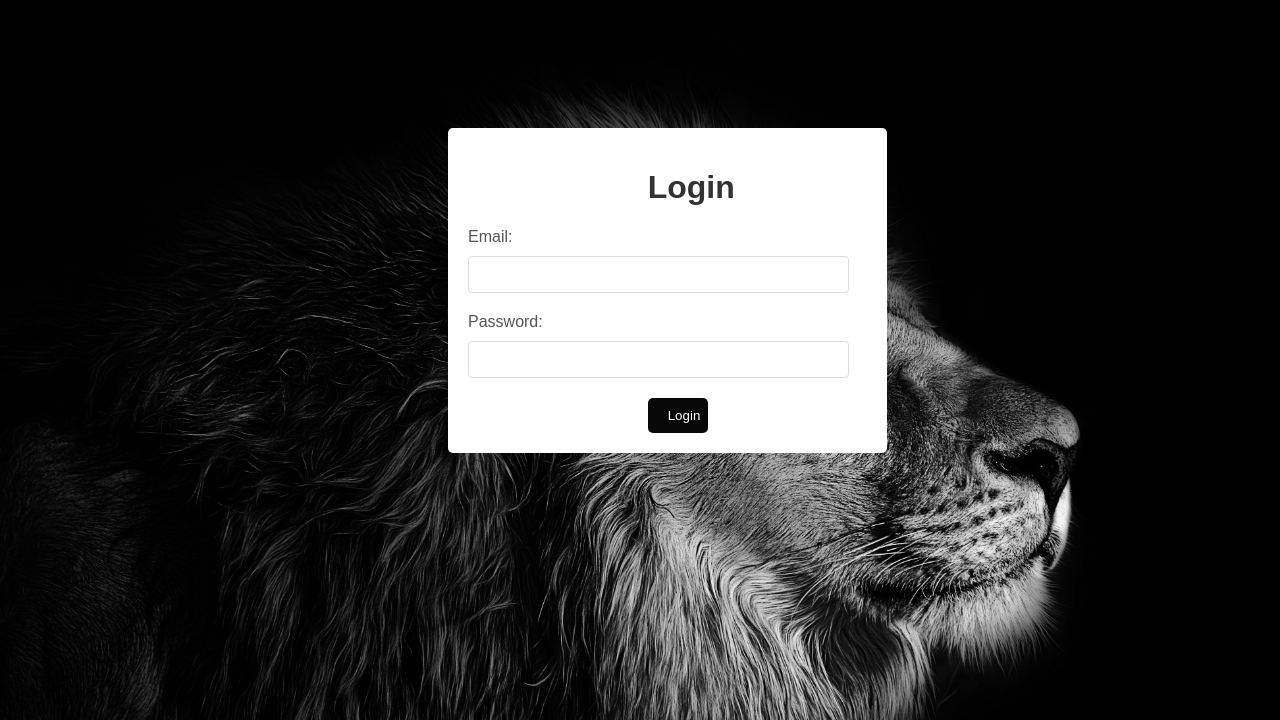
Repository: TemoshoS/User-Profile
Page: http://localhost/login
The author's editor kept a copy of each file at every save. The page is drawn from the files as they stood at one save, then again after the next save.
The browser window is 1280 px wide. The pictures show the whole page.
The page is served by the project's Node server (app.js).

Above is the page before, as saved 2023-08-01 15:51:57.

After the next save:
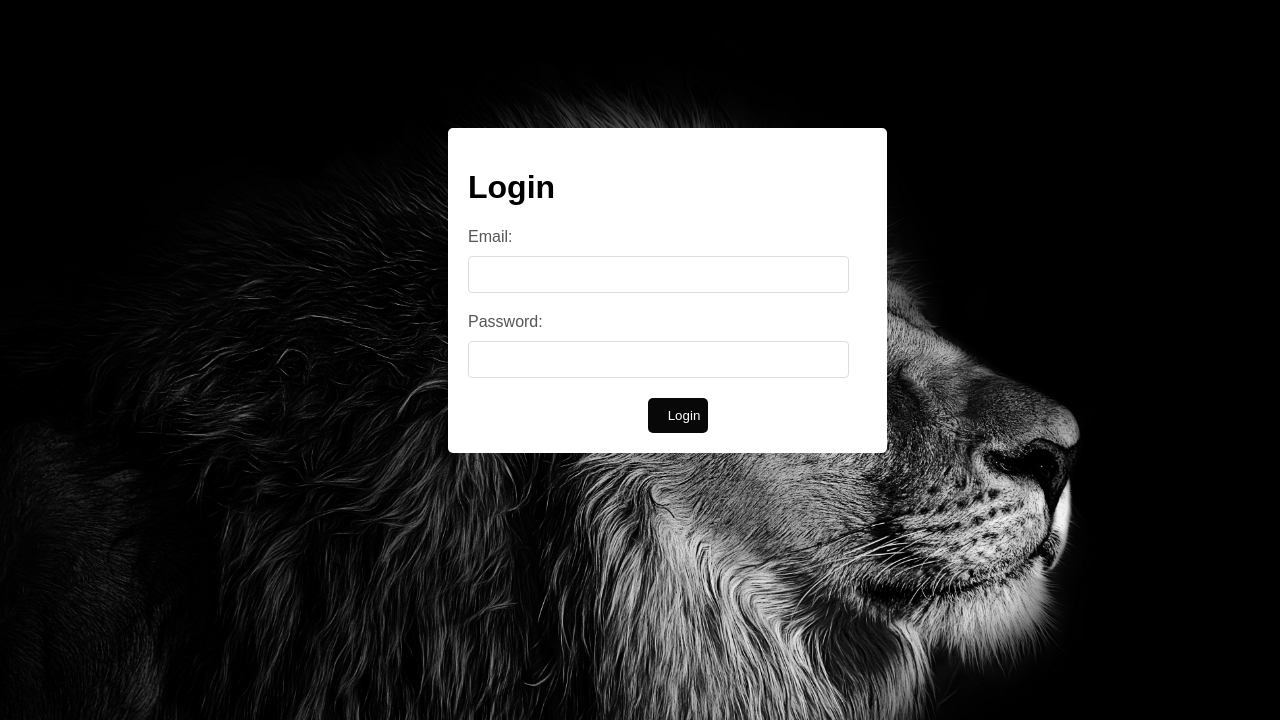
Saved 35 s later.
--- a/public/style.css
+++ b/public/style.css
@@ -6,11 +6,7 @@ body {
 
   }
 
-  h1 {
-    color: #333;
-    margin-left: 45%;
 
-  }
 
   form {
     margin-top: 10%;
